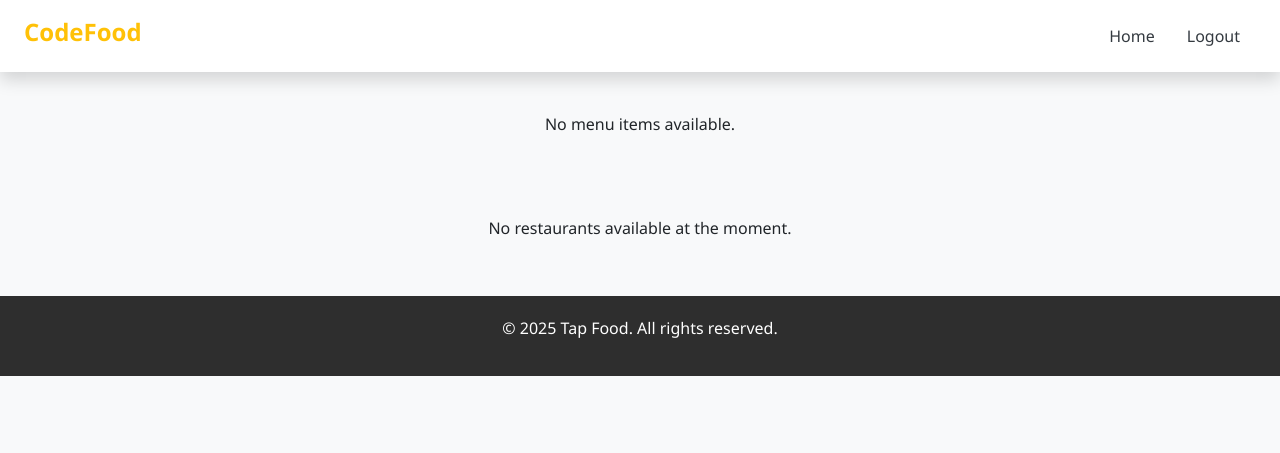
Repository: Rupeswarbhainsa777/Food-Web-App
Page: http://localhost/TapFoodApp/resturent.jsp
An editor plug-in stored every save of this project. The page is shown before and after the next save, followed by the edit.
The browser window is 1280 px wide. The pictures show the whole page.
The page is served by Tomcat 10. Nobody is signed in. The application's start-up code is not run. Other server files are loaded and not shown. Queries for data that is not in the repository find no rows.

Above is the page before, as saved 2025-05-02 17:34:40.

### TapFoodApp/src/main/webapp/resturent.jsp
<%@ page import="java.util.List"%>
<%@ page import="com.tap.modeal.Restaurant"%>
<%@ page import="com.tap.modeal.User"%>
<%@ page import="com.tap.modeal.Dish"%>
<%@ page import="com.tap.Dao.Dishdao"%>
<%@ page import="com.tap.DaoImple.DishDAOImp"%>
<%@ page contentType="text/html;charset=UTF-8" language="java"%>
<%@ page import="com.tap.modeal.Dish" %>
<%
User user = (User) session.getAttribute("user1");
List<Restaurant> restaurants = (List<Restaurant>) session.getAttribute("restaurant");
DishDAOImp dishDAO = new DishDAOImp();
Dish specialDish = dishDAO.getSpecialDish();
%>
<!DOCTYPE html>
<html lang="en">
<head>
<meta charset="UTF-8">
<title>Tap Food - Restaurants</title>
<link rel="stylesheet" href="https://stackpath.bootstrapcdn.com/bootstrap/4.5.2/css/bootstrap.min.css">
<link rel="stylesheet" href="https://cdn.jsdelivr.net/npm/bootstrap-icons@1.5.0/font/bootstrap-icons.css">
<style>
body {
	background-color: #f8f9fa;
	font-family: 'Segoe UI', sans-serif;
}
.navbar {
	background-color: #fc8019;
}
.navbar-brand, .nav-link {
	color: white;
}
.hero {
    display: flex;
    justify-content: space-between;
    align-items: center;
    height: 100vh;
    padding: 50px;
    background-color: #f9f9f9;
    transition: all 0.5s ease-in-out;
}
..hero-text, .hero-image {
    flex: 1;
    transition: transform 0.5s ease, opacity 0.5s ease;
}
.hero-text .special {
	font-weight: bold;
}
.hero-text h1 {
	font-size: 3rem;
	margin: 0.5rem 0;
}
.hero-text button {
	padding: 0.7rem 1.2rem;
	font-size: 1rem;
	background-color: navy;
	color: white;
	border: none;
	cursor: pointer;
}
.hero-image img {
	width: 400px;
	border-radius: 10px;
}
.footer {
	background-color: #2e2e2e;
	color: white;
	padding: 20px 0;
	margin-top: 40px;
	text-align: center;
}
.submit-button {
	background-color: #3D90D7;
	border: none;
	color: white;
	padding: 10px 20px;
	margin-top: 10px;
	cursor: pointer;
	border-radius: 5px;
}
.submit-button:hover {
	background-color: #e57012;
}

/* 🎯 Restaurant card hover effect */
.card {
	border-radius: 12px;
	transition: all 0.3s ease-in-out;
	box-shadow: 0 2px 6px rgba(0, 0, 0, 0.1);
	border: none;
}
.card:hover {
	transform: translateY(-5px);
	box-shadow: 0 10px 25px rgba(255, 77, 77, 0.25),
	            0 0 0 3px rgba(255, 77, 77, 0.1); /* Zomato-like glow */
}

/* Ensure image inside card scales well */
.card img {
	height: 200px;
	object-fit: cover;
	border-top-left-radius: 12px;
	border-top-right-radius: 12px;
}

<style>




.swap-left {
    transform: translateX(-100px);
    opacity: 0;
}

.swap-right {
    transform: translateX(100px);
    opacity: 0;
}


        .grid-container {
            display: grid;
            grid-template-columns: repeat(auto-fit, minmax(150px, 1fr));
            gap: 30px;
            padding: 40px;
        }

        .grid-item {
            background-color: #fff;
            padding: 20px;
            border-radius: 12px;
            box-shadow: 0 2px 8px rgba(0, 0, 0, 0.1);
            text-align: center;
            transition: transform 0.3s ease;
        }

        .grid-item:hover {
            transform: translateY(-5px);
        }

        .grid-item img {
            width: 100px;
            height: 100px;
            object-fit: cover;
            border-radius: 8px;
            margin-bottom: 10px;
        }

        .item-name {
            font-weight: bold;
            font-size: 16px;
            color: #333;
            margin-top: 8px;
        }

</style>



</head>
<body>

	<header class="d-flex justify-content-between align-items-center px-4 py-3 shadow bg-white">
		<div class="h4 text-warning font-weight-bold" >CodeFood</div>
		<nav>
			<ul class="nav">
				<li class="nav-item"><a class="nav-link text-dark" href="#">Home</a></li>
				<li class="nav-item"><a class="nav-link text-dark" href="AlltypeLogin.jsp">Logout</a></li>
			</ul>
		</nav>
	</header>


<div class="grid-container">
        <%
        List<Dish> obj = (List<Dish>) session.getAttribute("dishlist");
        if (obj != null) {
            List<Dish> menuList = obj;
            for (Dish item : menuList)  {
        %>
            <div class="grid-item">
                <img src="<%= item.getImagePath() %>" alt="<%= item.getName() %>">
                <div class="item-name"><%= item.getName() %></div>
            </div>
        <%
                }
            } else {
        %>
            <p style="text-align:center; grid-column: 1 / -1;">No menu items available.</p>
        <%
            }
        %>
    </div>


	<!-- Restaurant Cards -->
	<div class="container mt-4">
		<div class="row">
			<%
			if (restaurants != null && !restaurants.isEmpty()) {
				for (Restaurant res : restaurants) {
			%>
			<div class="col-md-4 mb-4">
				<div class="card">
					<img src="<%=res.getImagepath()%>" class="card-img-top" alt="<%=res.getName()%>">
					<div class="card-body">
						<h5 class="card-title font-weight-bold"><%=res.getName()%></h5>
						<div class="d-flex justify-content-between mb-2">
							<div>
								<i class="bi bi-star-fill text-warning"></i>
								<%=res.getRating()%>
							</div>
							<div>
								<i class="bi bi-clock"></i>
								<%=res.getEta()%>
							</div>
						</div>
						<p class="mb-1"><%=res.getCuisineType()%></p>
						<p class="text-muted"><%=res.getAddress()%></p>
						<div class="text-center">
							<a href="Menu?restaurantId=<%=res.getRestaurantId()%>">
								<input type="submit" value="View Menu" class="submit-button">
							</a>
						</div>
					</div>
				</div>
			</div>
			<%
				}
			} else {
			%>
			<div class="col-12">
				<p class="text-center">No restaurants available at the moment.</p>
			</div>
			<%
			}
			%>
		</div>
	</div>

	<footer class="footer">
		<p>&copy; 2025 Tap Food. All rights reserved.</p>
	</footer>




	<!-- java script -->


</body>
</html>

### TapFoodApp/src/main/java/com/tap/Dao/Dishdao.java
package com.tap.Dao;
import java.util.*;

import com.tap.modeal.Dish;

public interface Dishdao
{
	Dish getSpecialDish();
   List<Dish> getAllDishes();
}

### TapFoodApp/src/main/java/com/tap/DaoImple/DishDAOImp.java
package com.tap.DaoImple;

import java.sql.Connection;
import java.sql.DriverManager;
import java.sql.PreparedStatement;
import java.sql.ResultSet;
import java.sql.SQLException;
import java.sql.Statement;
import java.util.ArrayList;
import java.util.List;

import com.tap.Dao.Dishdao;
import com.tap.modeal.Dish;
import com.tap.modeal.Restaurant;

public class DishDAOImp implements Dishdao {

	private final String url = "jdbc:mysql://localhost:3306/foodapp";
	private final String username = "root";
	private final String password = "@sumit222";
	private final String sql = "SELECT * FROM `dish` WHERE `id` = 1";
	private final String selectAll = "SELECT * FROM `dish`";
    String insertQuery = "INSERT INTO `dish` (`name`, `description`, `imagepath`) VALUES (?, ?, ?)";


	PreparedStatement ps = null;
	ResultSet rs = null;
	Connection con = null;

	public DishDAOImp() {
		try {
			Class.forName("com.mysql.cj.jdbc.Driver");

			con = DriverManager.getConnection(url, username, password);
		} catch (Exception e) {
			// TODO Auto-generated catch block
			e.printStackTrace();
		}

	}

	@Override
	public List<Dish> getAllDishes() {
	    List<Dish> list = new ArrayList<>();


	    try (Statement stmt = con.createStatement();
	         ResultSet rs = stmt.executeQuery(selectAll)) {

	        while (rs.next()) {
	            Dish dish = mapAllDish(rs);
	            if (dish != null) {
	                list.add(dish);
	            }
	        }
	    } catch (SQLException e) {
	        e.printStackTrace();
	    }

	    return list;
	}


	private Dish mapAllDish(ResultSet re) {
	    try {

	        String name = re.getString("name");
	        String des = re.getString("description");
	        String imagePath = re.getString("imagepath");



	        return new Dish(name, des, imagePath);
	    } catch (SQLException e) {
	        e.printStackTrace();
	        return null; // Optional: return null to indicate failure
	    }
	}


	@Override
	public Dish getSpecialDish() {
		Dish dish = null;

		try {
			ps = con.prepareStatement(sql);
			rs = ps.executeQuery();

			if (rs.next()) {
				dish = new Dish();
				dish.setId(rs.getInt("id"));
				dish.setName(rs.getString("name"));
				dish.setDescription(rs.getString("description"));
				dish.setImagePath(rs.getString("imagepath"));

			}

		} catch (Exception e) {

		}

		return dish;
	}
	public boolean addDish(Dish dish) {

	    try (
	    PreparedStatement ps = con.prepareStatement(insertQuery)) {
	        ps.setString(1, dish.getName());
	        ps.setString(2, dish.getDescription());
	        ps.setString(3, dish.getImagePath());


	        int rows = ps.executeUpdate();
	        return rows > 0;
	    } catch (SQLException e) {
	        e.printStackTrace();
	        return false;
	    }
	}

}

After the next save:
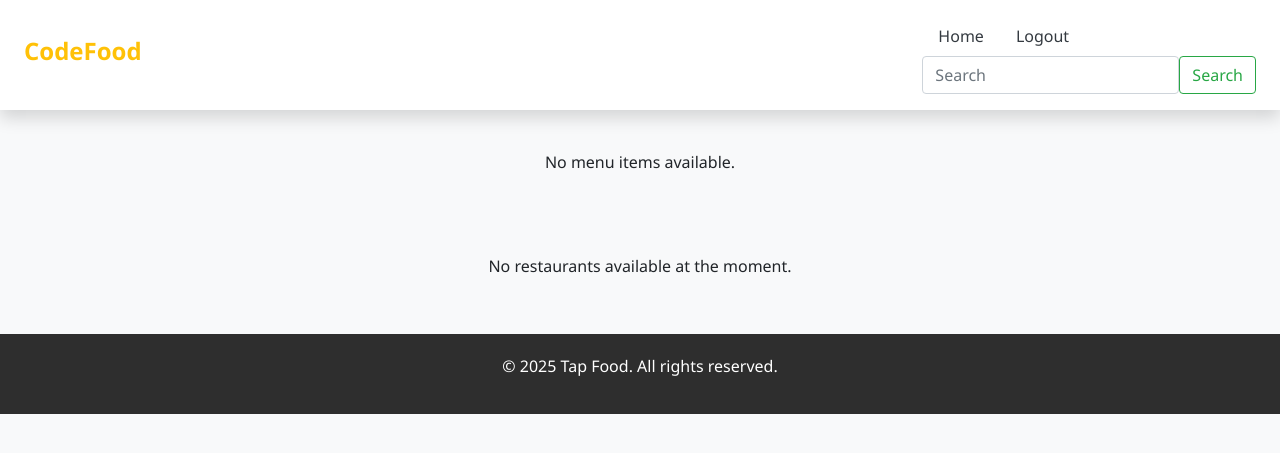
Saved 33 min 26 s later.
--- a/TapFoodApp/src/main/webapp/resturent.jsp
+++ b/TapFoodApp/src/main/webapp/resturent.jsp
@@ -168,6 +168,12 @@
 				<li class="nav-item"><a class="nav-link text-dark" href="#">Home</a></li>
 				<li class="nav-item"><a class="nav-link text-dark" href="AlltypeLogin.jsp">Logout</a></li>
 			</ul>
+
+			   <form class="d-flex" role="search">
+      <input class="form-control me-2" type="search" placeholder="Search" aria-label="Search">
+      <button class="btn btn-outline-success" type="submit">Search</button>
+    </form>
+
 		</nav>
 	</header>
 

After the save that followed:
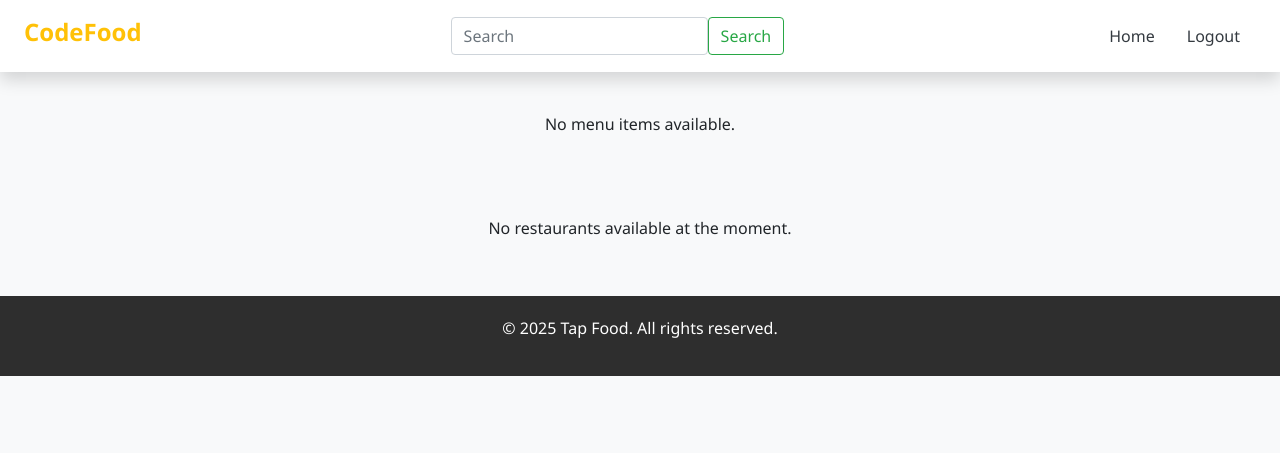
Saved 50 s later.
--- a/TapFoodApp/src/main/webapp/resturent.jsp
+++ b/TapFoodApp/src/main/webapp/resturent.jsp
@@ -163,16 +163,17 @@
 
 	<header class="d-flex justify-content-between align-items-center px-4 py-3 shadow bg-white">
 		<div class="h4 text-warning font-weight-bold" >CodeFood</div>
+
+			   <form class="d-flex" role="search">
+      <input class="form-control me-2" type="search" placeholder="Search" aria-label="Search">
+      <button class="btn btn-outline-success" type="submit">Search</button>
+    </form>
 		<nav>
 			<ul class="nav">
 				<li class="nav-item"><a class="nav-link text-dark" href="#">Home</a></li>
 				<li class="nav-item"><a class="nav-link text-dark" href="AlltypeLogin.jsp">Logout</a></li>
 			</ul>
 
-			   <form class="d-flex" role="search">
-      <input class="form-control me-2" type="search" placeholder="Search" aria-label="Search">
-      <button class="btn btn-outline-success" type="submit">Search</button>
-    </form>
 
 		</nav>
 	</header>
